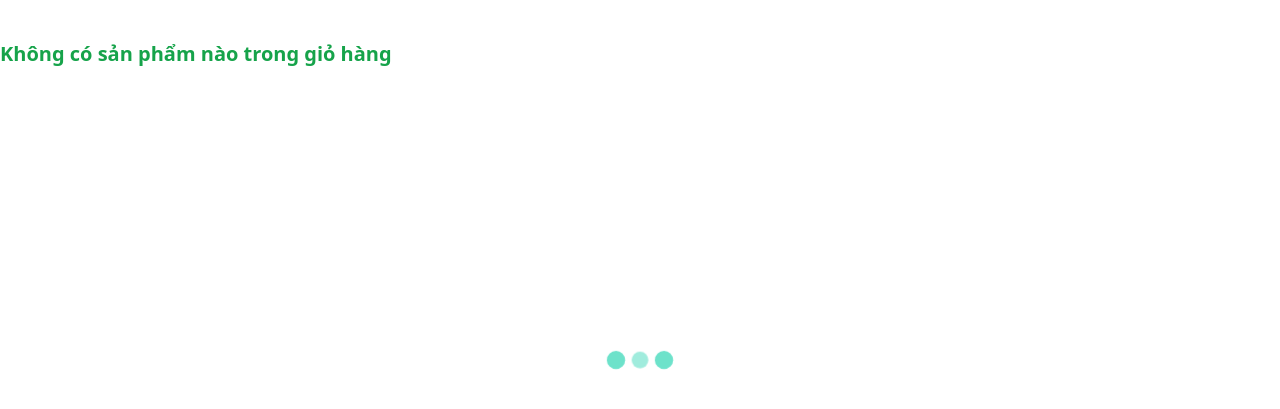
Repository: hungtuan/react-hook-shop
Page: /
The author's editor kept a copy of each file at every save. The page is drawn from the files as they stood at one save, then again after the next save.
The browser window is 1280 px wide. The pictures show the whole page.
The page's requests for data from a server got no answer. The project was rebuilt for these pictures with package versions that can differ from the ones it lists, and the page was loaded fresh each time. No one was signed in, and anything a server would have sent is missing. Also part of the build but not shown: vite.config.js, src/components/Button/Button.jsx, src/components/ShoppingCard/CardItem.jsx, src/components/ShoppingCart/action.js, src/components/ShoppingCart/CartItem.jsx.

Above is the page before, as saved 2023-11-18 23:27:45.

### index.html
<!DOCTYPE html>
<html lang="en">
    <head>
        <meta charset="UTF-8" />
        <link rel="icon" type="image/svg+xml" href="/vite.svg" />
        <meta name="viewport" content="width=device-width, initial-scale=1.0" />
        <title>Vite + React</title>
        <link rel="stylesheet" href="./style.css" />
    </head>
    <body>
        <div id="root"></div>
        <script type="module" src="/src/main.jsx"></script>
    </body>
</html>

### src/main.jsx
import React from "react";
import ReactDOM from "react-dom/client";
import App from "./App.jsx";
import "./index.css";
import Provider from "./store/Provider.jsx";
ReactDOM.createRoot(document.getElementById("root")).render(
    // <React.StrictMode>
    <Provider>
        <App />
    </Provider>
    //</React.StrictMode>
);

### src/App.jsx
import React from "react";
import CardList from "./components/ShoppingCard/CardList";
import { ToastContainer } from "react-toastify";
import "react-toastify/dist/ReactToastify.css";
import CartList from "./components/ShoppingCart/CartList";
import Loading from "./components/Loading/Loading";
export default function App() {
    return (
        <>
            <Loading />
            <ToastContainer
                position="top-right"
                autoClose={2000}
                hideProgressBar={false}
                newestOnTop={false}
                closeOnClick
                rtl={false}
                pauseOnFocusLoss
                draggable
                pauseOnHover
                theme="light"
            />
            <div className="container m-auto max-w-7xl pt-6">
                <CardList />
                <CartList />
            </div>
        </>
    );
}

### src/index.css
@tailwind base;
@tailwind components;
@tailwind utilities;

.ct-table-col {
    @apply border border-slate-700 pl-3;
}

.ct-btn-primary {
    @apply border-green-400;
}

### src/store/Provider.jsx
import { useReducer } from "react";
import Context from "./Context";
import reducer, { initState } from "./Reducer";
function Provider({ children }) {
    const [state, dispatch] = useReducer(reducer, initState);
    return (
        <Context.Provider value={[state, dispatch]}>
            {children}
        </Context.Provider>
    );
}

export default Provider;

### src/components/ShoppingCard/CardList.jsx
import React, { useEffect, useState, useContext } from "react";
import CardItem from "./CardItem";
import getProductList from "./getProductList";
import validateUser from "../../assets/js/validateUser";
import Context from "../../store/Context";

export default function CardList() {
  const [state, dispatch] = useContext(Context);

  const { products } = state;
  console.log(products);

  const getProduct = () => {
    setTimeout(async () => {
      const data = await getProductList();
      await dispatch({
        type: "products/updateProducts",
        payload: data,
      });
    });
  };
  useEffect(() => {
    (async function () {
      await dispatch({
        type: "loading/switch",
      });
      getProduct();
      await validateUser();
      dispatch({
        type: "loading/switch",
      });
    })();
  }, []);
  return (
    <div className="card-list grid grid-cols-4 gap-4">
      {products.map((product) => {
        return (
          <CardItem
            key={product._id}
            id={product._id}
            productName={product.name}
            productPrice={product.price}
            productImg={product.image}
            productQuantity={product.quantity}
          />
        );
      })}
    </div>
  );
}

### src/components/ShoppingCart/CartList.jsx
import React, { useContext } from "react";
import CartItem from "./CartItem";
import Button from "../Button/Button";
import Context from "../../store/Context";
import payment from "./payment";
import calculateTotal from "./calculateTotal";
export default function CartList() {
    const [state, dispatch] = useContext(Context);
    const { productsCart } = state;
    const { totalPrice, totalQuantity } = calculateTotal(productsCart);
    return productsCart.length ? (
        <div className="cart-list pb-8">
            <table className="table-auto w-full border-collapse border border-slate-500 mt-7">
                <thead>
                    <tr>
                        <th className="border border-slate-700">
                            Tên sản phẩm
                        </th>
                        <th className="border border-slate-700">Số lượng</th>
                        <th className="border border-slate-700">
                            Số lượng còn lại
                        </th>
                        <th className="border border-slate-700">Tổng tiền</th>
                        <th className="border border-slate-700">Hành động</th>
                    </tr>
                </thead>
                <tbody>
                    {productsCart.map((productCart) => {
                        return (
                            <CartItem
                                key={productCart.id}
                                id={productCart.id}
                                name={productCart.name}
                                quantity={productCart.quantity}
                                price={productCart.price}
                            />
                        );
                    })}
                    <tr>
                        <td className="text-lg font-bold ct-table-col">
                            Thành tiền
                        </td>
                        <td className="ct-table-col">{totalQuantity}</td>
                        <td></td>
                        <td className="ct-table-col">{totalPrice}</td>
                        <td className="ct-table-col">
                            <Button
                                classStyle="ct-btn-primary hover:bg-green-400"
                                onClick={async () => {
                                    await dispatch({
                                        type: "loading/switch",
                                    });
                                    const data = await payment(state);
                                    dispatch({
                                        type: "loading/switch",
                                    });
                                    if (data) {
                                        dispatch({
                                            type: "product/makeEmpty",
                                        });
                                        for (
                                            var i = 0;
                                            i < state.productsCart.length;
                                            i++
                                        ) {
                                            state.productsCart[i].setProduct({
                                                quantity: 0,
                                                price: 0,
                                            });
                                        }
                                    }
                                }}
                            >
                                Thanh toán
                            </Button>
                        </td>
                    </tr>
                </tbody>
            </table>
        </div>
    ) : (
        <h3 className="font-bold text-xl text-green-600 py-4">
            Không có sản phẩm nào trong giỏ hàng
        </h3>
    );
}

### src/components/Loading/Loading.jsx
import React, { useContext, CSSProperties } from "react";
import Context from "../../store/Context";
import BeatLoader from "react-spinners/BeatLoader";
export default function Loading() {
    const [state] = useContext(Context);
    const { loading } = state;
    return (
        <BeatLoader
            color="#36d7b7"
            loading={loading}
            cssOverride={{
                position: "fixed",
                inset: 0,
                zIndex: 9999,
                display: "flex",
                alignItems: "center",
                justifyContent: "center",
            }}
            size={20}
            aria-label="Loading Spinner"
            data-testid="loader"
        />
    );
}

### src/store/Context.jsx
import { createContext } from "react";
const Context = createContext();
export default Context;

### src/store/Reducer.jsx
import {
    impactProduct,
    filterLatestProducts,
} from "../components/ShoppingCart/payment";

const initState = {
    products: [],
    productsCart: [],
    loading: false,
};

function reducer(state, action) {
    switch (action.type) {
        case "products/updateProducts":
            return { ...state, products: action.payload };
        case "products/addCart":
            const products = filterLatestProducts([
                ...state.productsCart,
                action.payload,
            ]);
            return {
                ...state,
                productsCart: products,
            };
        case "product/makeEmpty":
            return {
                ...state,
                productsCart: [],
            };
        case "loading/switch":
            return {
                ...state,
                loading: !state.loading,
            };
        case "cart/decrease":
            return {
                ...state,
                productsCart: impactProduct(
                    state.productsCart,
                    action.payload,
                    "decrease",
                    state
                ),
            };
        case "cart/increase":
            return {
                ...state,
                productsCart: impactProduct(
                    state.productsCart,
                    action.payload,
                    "increase",
                    state
                ),
            };
        case "cart/remove":
            return {
                ...state,
                productsCart: impactProduct(
                    state.productsCart,
                    action.payload,
                    "remove",
                    state
                ),
            };
    }
}

export { initState };
export default reducer;

Loaded but not shown: tailwind.config.js (common file); src/components/ShoppingCart/payment.js (98 lines, source omitted); src/assets/js/validateUser.js (60 lines, source omitted); src/assets/js/client.js (47 lines, source omitted); src/assets/js/script.js (31 lines, source omitted); src/components/ShoppingCart/calculateTotal.js (13 lines, source omitted); src/components/ShoppingCard/getProductList.js (6 lines, source omitted); src/assets/js/config.js (3 lines, source omitted); style.css (837 lines, source omitted)

After the next save:
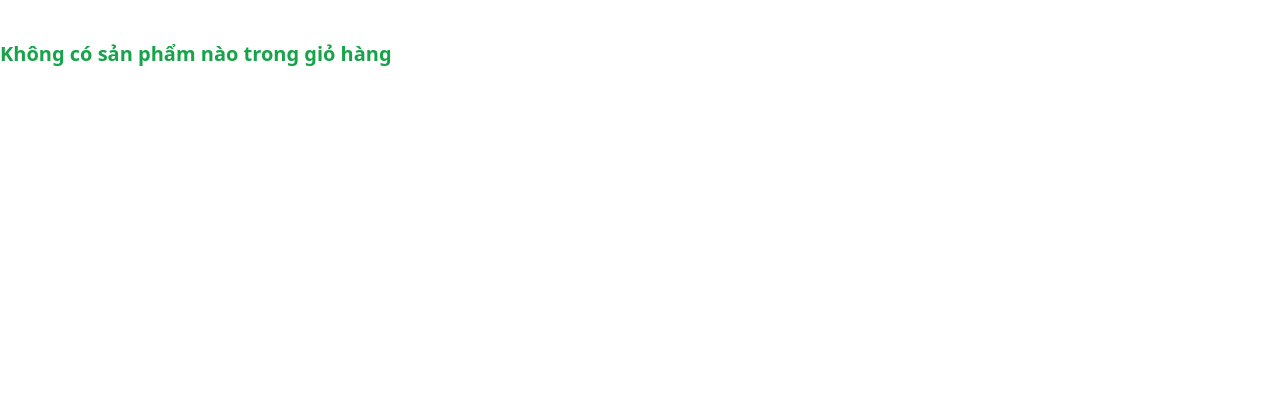
Saved 5 min 6 s later.
--- a/src/components/ShoppingCard/CardList.jsx
+++ b/src/components/ShoppingCard/CardList.jsx
@@ -9,28 +9,29 @@
 
   const { products } = state;
   console.log(products);
+  const getProduct = async () => {
+    try {
+      await dispatch({
+        type: "loading/switch",
+      });
 
-  const getProduct = () => {
-    setTimeout(async () => {
       const data = await getProductList();
+
       await dispatch({
         type: "products/updateProducts",
         payload: data,
       });
-    });
-  };
-  useEffect(() => {
-    (async function () {
-      await dispatch({
-        type: "loading/switch",
-      });
-      getProduct();
+
       await validateUser();
+
       dispatch({
         type: "loading/switch",
       });
-    })();
-  }, []);
+    } catch (error) {
+      console.error("Error fetching product data:", error);
+    }
+  };
+
   return (
     <div className="card-list grid grid-cols-4 gap-4">
       {products.map((product) => {

After the save that followed:
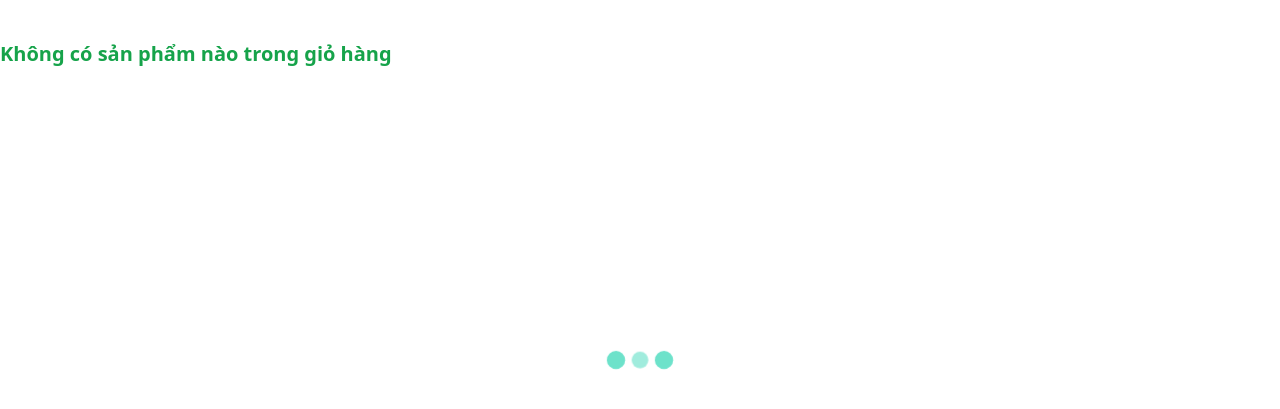
Saved 91 s later.
--- a/src/components/ShoppingCard/CardList.jsx
+++ b/src/components/ShoppingCard/CardList.jsx
@@ -1,4 +1,4 @@
-import React, { useEffect, useState, useContext } from "react";
+import React, { useEffect, useContext } from "react";
 import CardItem from "./CardItem";
 import getProductList from "./getProductList";
 import validateUser from "../../assets/js/validateUser";
@@ -8,7 +8,7 @@
   const [state, dispatch] = useContext(Context);
 
   const { products } = state;
-  console.log(products);
+
   const getProduct = async () => {
     try {
       await dispatch({
@@ -19,7 +19,7 @@
 
       await dispatch({
         type: "products/updateProducts",
-        payload: data,
+        payload: data.listProduct, // Assuming the list of products is under the 'listProduct' property
       });
 
       await validateUser();
@@ -32,20 +32,22 @@
     }
   };
 
+  useEffect(() => {
+    getProduct();
+  }, []); // Removed the unnecessary IIFE
+
   return (
     <div className="card-list grid grid-cols-4 gap-4">
-      {products.map((product) => {
-        return (
-          <CardItem
-            key={product._id}
-            id={product._id}
-            productName={product.name}
-            productPrice={product.price}
-            productImg={product.image}
-            productQuantity={product.quantity}
-          />
-        );
-      })}
+      {products.map((product) => (
+        <CardItem
+          key={product._id}
+          id={product._id}
+          productName={product.name}
+          productPrice={product.price}
+          productImg={product.image}
+          productQuantity={product.quantity}
+        />
+      ))}
     </div>
   );
 }
